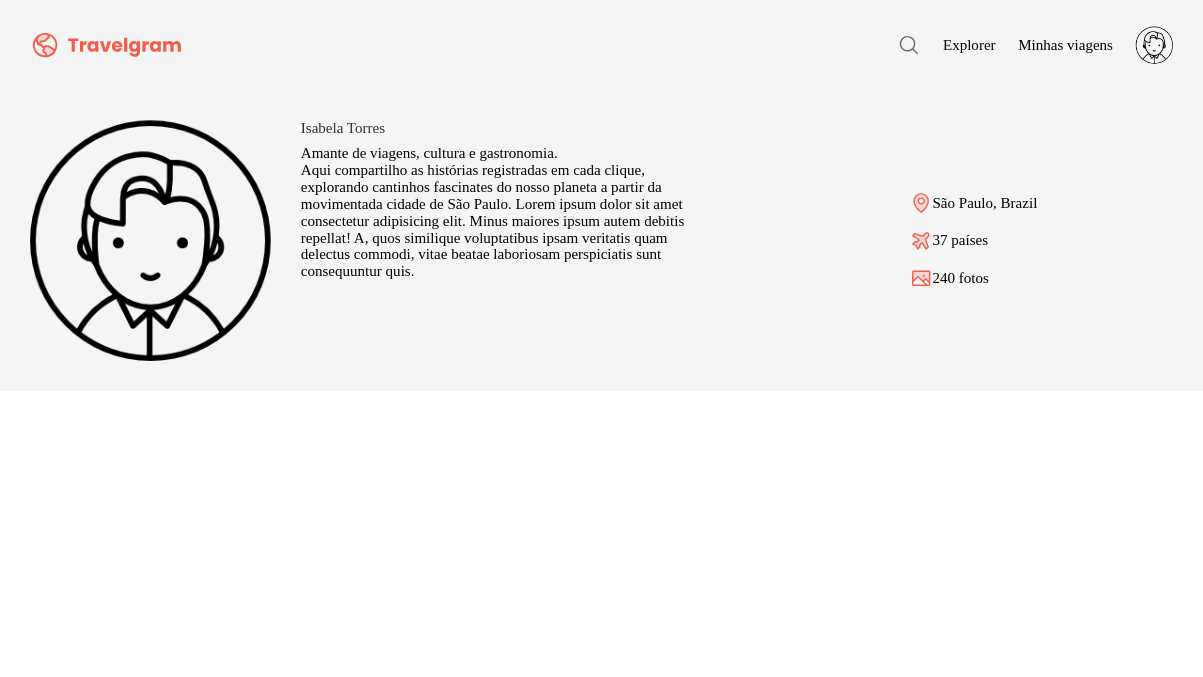
Repository: JeffRodFer/projeto-Travelgran-Rockeseat
Page: index.html
The author's editor kept a copy of each file at every save. The page is drawn from the files as they stood at one save, then again after a run of saves.
The browser window is 1280 px wide. The pictures show the whole page, at 94% of full size.

Above is the page before, as saved 2025-03-22 16:40:59.

### index.html
<!DOCTYPE html>
<html lang="pt-br">
    <head>

        <link rel="preconnect" href="https://fonts.googleapis.com">
        <link rel="preconnect" href="https://fonts.gstatic.com" crossorigin>
        <meta charset="UTF-8">
        <meta name="viewport" content="width=device-width, initial-scale=1.0">
        <title>travelgran | Perfil de viagens</title>
        <link rel="stylesheet" href="styles/index.css">
        <link href="https://fonts.googleapis.com/css2?family=Bree+Serif&family=Poppins:wght@400;700&display=swap" rel="stylesheet">

    </head>
    <body>
         <div class="bg-surface-color">
                <nav class="container">
                        <a href="#" id="logo">
                        <img src="assets/Logo.svg" alt="logomarca">
                        </a>
                    <ul id="primary-menu">
                        <li>
                            <a href="#">
                                <img src="assets/icons/MagnifyingGlass.svg" alt="ícone de lupa">
                            </a>
                        </li>
                        <li><a href="#">Explorer</a></li>
                        <li><a href="#">Minhas viagens</a></li>
                        <li><a href="#">
                            <img src="assets/profi-pic-2.png" alt="foto de perfil do boy">
                            </a>
                        </li>
                    </ul
                    </nav>
         </div>
         <div class="bg-surface-color">
                <header>
                    <div class="container">
                        <div id="profile">
                            <img src="assets/profi-pic-2.png" alt="imagem do boy">
                             <div>
                                    <h1>Isabela Torres</h1>
                                    <p>
                                        Amante de viagens, cultura e gastronomia.<br> Aqui compartilho as histórias registradas em cada clique, explorando cantinhos fascinates do nosso planeta a partir da movimentada cidade de São Paulo. Lorem ipsum dolor sit amet consectetur adipisicing elit. Minus maiores ipsum autem debitis repellat! A, quos similique voluptatibus ipsam veritatis quam delectus commodi, vitae beatae laboriosam perspiciatis sunt consequuntur quis.
                                    </p>
                             </div>
                        </div>
                            <ul id="info">
                                <li>
                                    <img src="assets/icons/MapPin.svg" alt="ícone de mapa">
                                    <span>São Paulo, Brazil</span>
                                </li>
                                <li>
                                    <img src="assets/icons/AirplaneTilt.svg" alt="ícone de avião">
                                    <span>37 países</span>
                                </li>
                                <li>
                                    <img src="assets/icons/Image.svg" alt="ícone de fotos">
                                    <span>240 fotos</span>
                                </li>
                            </ul>
                    </div>
                </header>
        </div>
        <main>
            <img src="" alt="">
        </main>
    </body>


</html>

### styles/global.css
* {
    margin: 0;
    padding: 0;
    box-sizing: border-box;
}
:root {
--brand-color: #ef5f4c;
--background-color: #ffffff;
--surface-color: #f5f5f5;
--skeleton-color: #d9d9d9;
--shape-transparent: #ffffff8f;
--text-color-primary: #313131;
--text-color-secondary: #6c6c6c:

--font-family: "Poppins" , sans-serif;
--text-lg: bold 32px/125% var(--font-family);
--text: 16px/1.5 var(--font-family);
--text-md: 14px/170% var(--font-family);
--text-sm: 12px/170% var(--font-family);

}
body {
    font: var(--text);
    color: var(--text-color-secondary);
    background-color: var(--background-color);
}
a {
    text-decoration: none;
    color: inherit;
}
a:hover {
    color: var(--brand-color);
    text-decoration: underline;
}

.container {
    padding-inline: 32px;
    margin-inline: auto;
}

.bg-surface-color {
    background-color: var(--surface-color);
}

### styles/nav.css
nav {
    display: flex;
    justify-content: space-between;
    align-items: center;

    line-height: 0;
    padding-block: 20px;

}

nav ul {
    display: flex;
    list-style: none;
    align-items: center;
    gap: 24px;

    padding-block: 8px;;
}

nav ul li:last-child img {
    width: 40px;
    height: 40px;
    object-fit: cover;
    border-radius: 50%;
}

### styles/header.css
header {
    padding-block: 32px;

    font: var(--text-md);

}

header .container {
    display: flex;
    justify-content: space-between;
    align-items: center;
}

#profile {
    display: flex;
    gap: 32px;
}

#profile > div {
    max-width: 420px;
}

#profile h1 {
    font: var(--text-lg);
    color: var(--text-color-primary);
    margin-bottom: 8px;
}

#info {
    display: flex;
    flex-direction: column;
    gap: 16px;

    width: 280px;
}
#info li {
    display: flex;
    align-items: center;
}

Loaded but not shown: styles/index.css (common file)

After the next 3 saves:
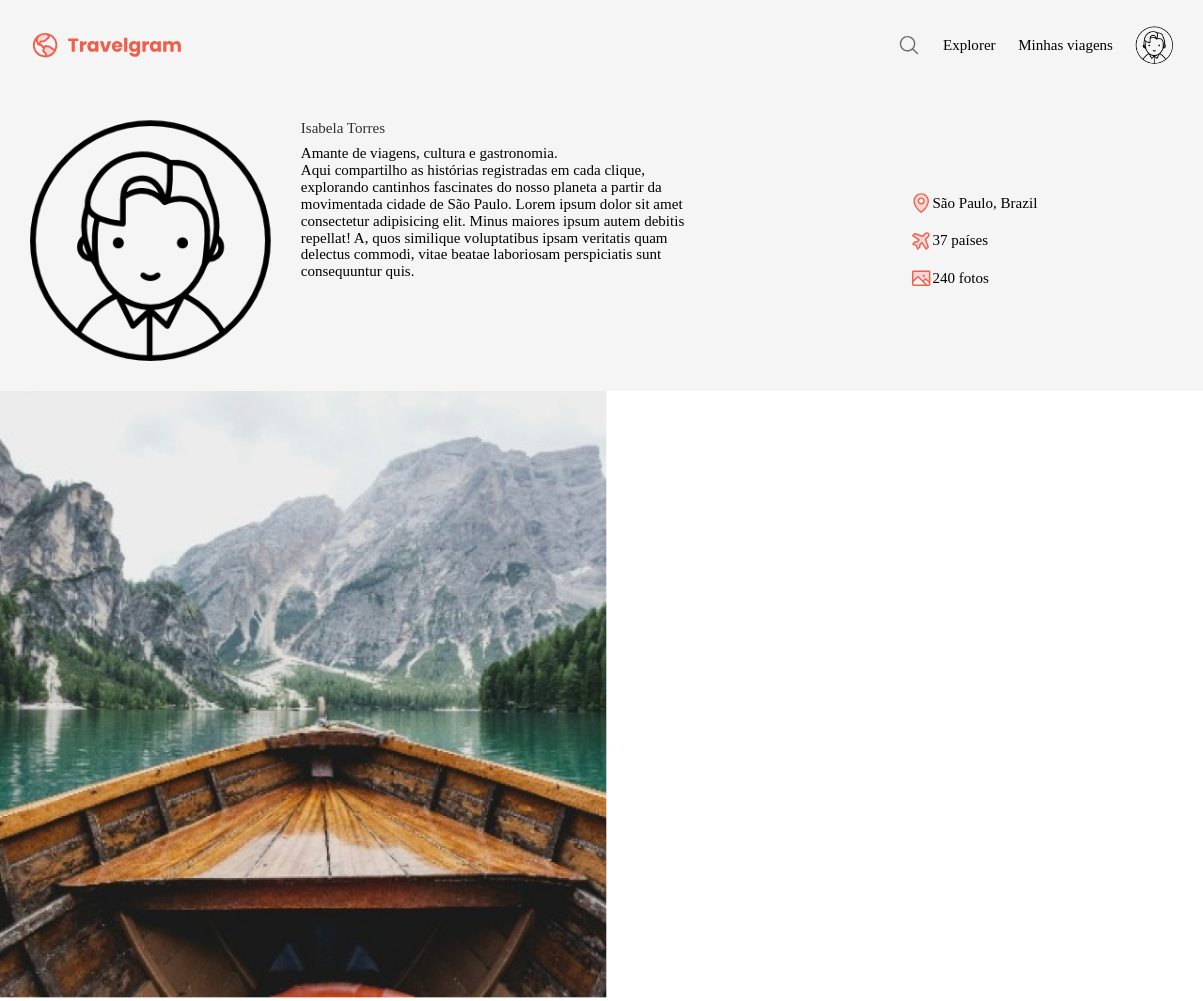
The 3 saves are shown as one change because they came seconds apart.
The last was saved 15 s later.
--- a/index.html
+++ b/index.html
@@ -62,7 +62,7 @@
                 </header>
         </div>
         <main>
-            <img src="" alt="">
+            <img src="assets/images/Image 01.png" alt="">
         </main>
     </body>
 
